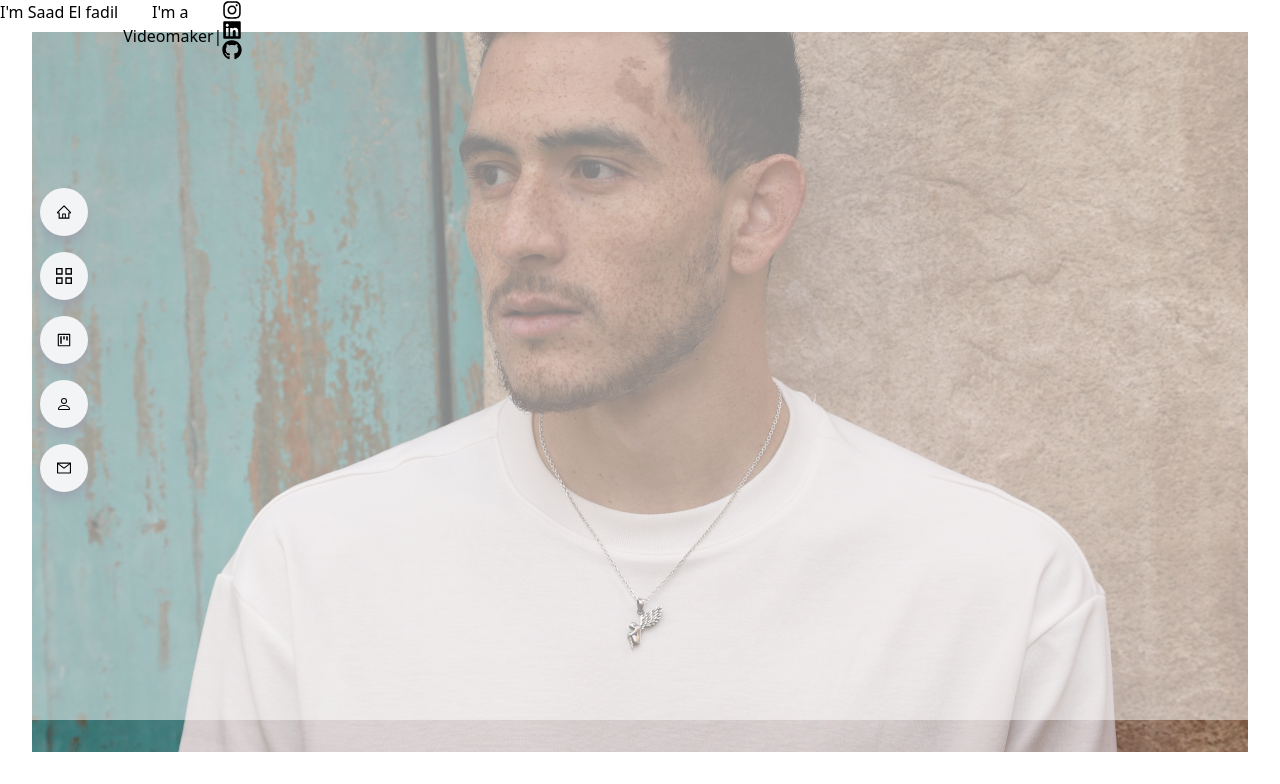
Repository: Saadelfadil/saadelfadil.github.io
Page: /
An editor plug-in stored every save of this project. The page is shown before and after the next save, followed by the edit.
The browser window is 1280 px wide. The pictures show the whole page.
The project was rebuilt for these pictures with package versions that can differ from the ones it lists, and the page was loaded fresh each time. Also part of the build but not shown: vite.config.js.

Above is the page before, as saved 2023-02-26 16:50:03.

After the next save:
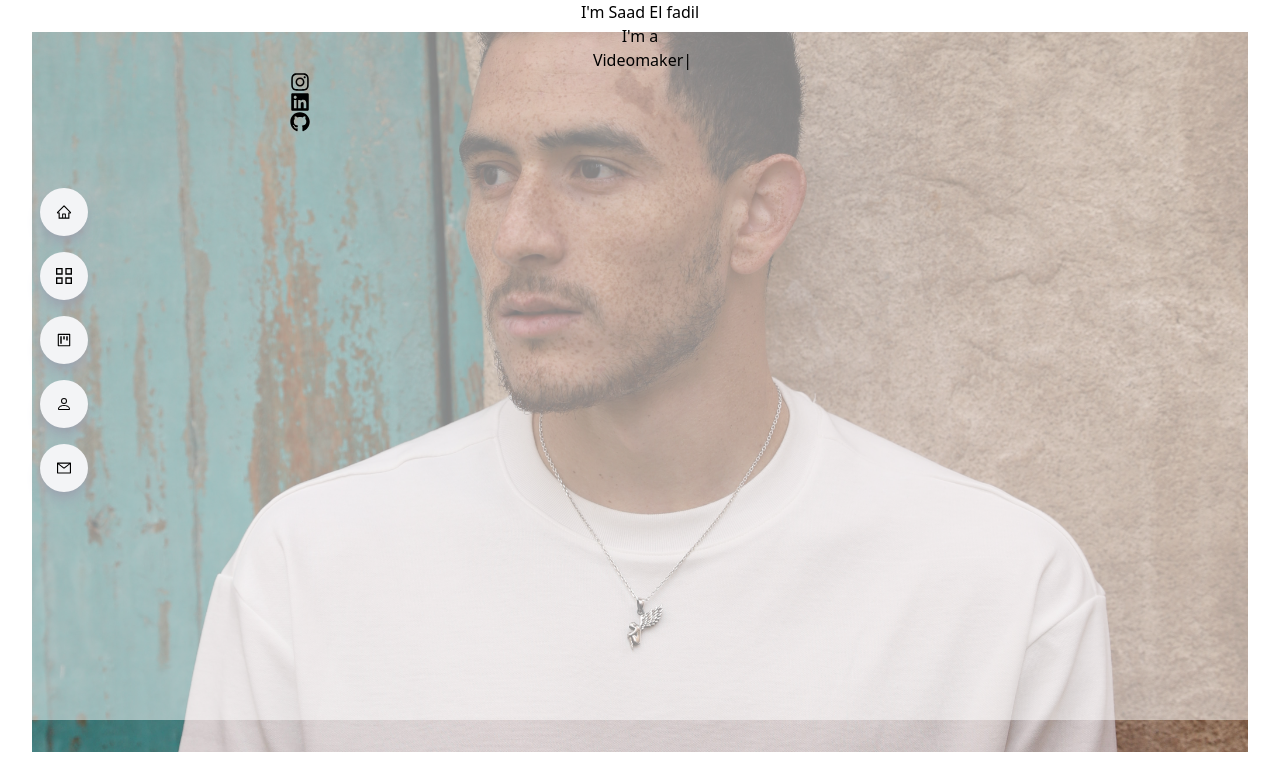
Saved 5 s later.
--- a/src/components/Main.jsx
+++ b/src/components/Main.jsx
@@ -7,7 +7,7 @@ const Main = () => {
     <div id="main">
         <img className="w-full h-screen object-cover object-right " src="/src/assets/saadelfadil.jpg" alt="saadelfadil" />
         <div className="w-full h-screen absolute top-0 left-0 bg-white/50 ">
-            <div className="max-w-[700px] flex ">
+            <div className="max-w-[700px] m-auto">
                 <h1>I'm Saad El fadil</h1>
                 <h2>I'm a
                     <TypeAnimation
